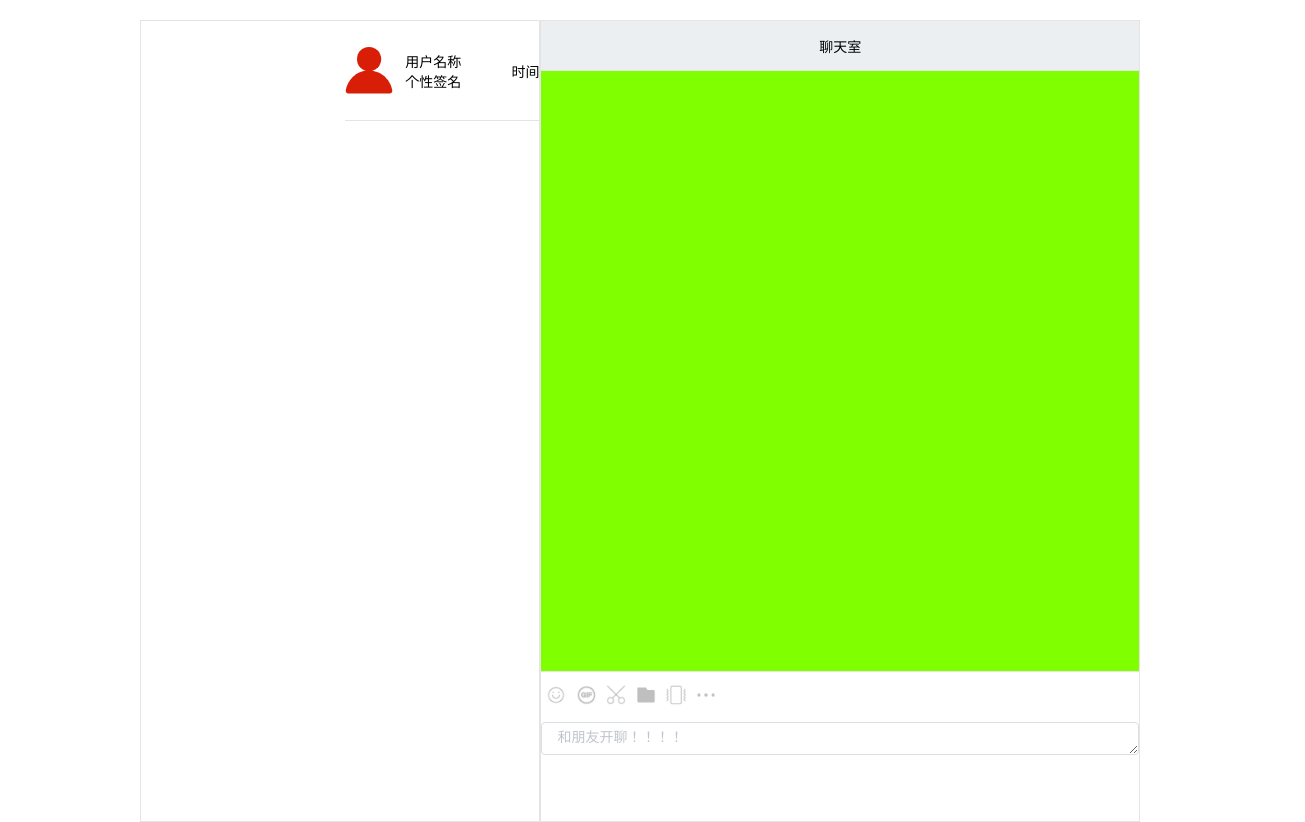
Repository: jinggegeZ/livechat
Page: /
An editor plug-in stored every save of this project. The page is shown before and after the next save, followed by the edit.
The browser window is 1280 px wide. The page is 1280 px wide, then 1305 px, then 1280 px, so the pictures cover 1305 px, including what lies to the right of the window. The pictures show the whole page.
The project was rebuilt for these pictures with package versions that can differ from the ones it lists, and the page was loaded fresh each time.

Above is the page before, as saved 2020-08-17 12:54:02.

### src/main.js
import Vue from 'vue'
import App from './App.vue'
import router from './router'
import store from './store'
import ElementUI from 'element-ui';
import 'element-ui/lib/theme-chalk/index.css';

Vue.config.productionTip = false
Vue.use(ElementUI);
new Vue({
  router,
  store,
  render: h => h(App)

}).$mount('#app')

### src/App.vue
<template>
  <div id="app">

    <router-view/>
  </div>
</template>

<style lang="scss">
*{
  margin: 0;
  padding: 0;
}
</style>

### src/views/Home.vue
<template>
  <div class="content">
    <div class="content-c">
      <div class="box">
        <!-- 用户信息 -->
        <div class="box1">
        <!-- 搜索用户名字 -->
        <div class="boxsearch"></div>

        <!-- 信息盒子 -->
          <div class="box1-1">
            <div class="box1-1-1">
              <!-- 头像 -->
              <div class="img">
                <img src="../../public/image/active-my.png" alt />
              </div>
              <!-- 用户信息 -->
              <div>
                <div>用户名称</div>
                <div>个性签名</div>
              </div>
            </div>
            <!-- 时间 -->
            <div>时间</div>
          </div>
        </div>
        <!-- 聊天信息 -->
        <div class="box2">
          <div class="box2-1">
            <div class="box2-1-top">聊天室</div>
            <div class="box2-1-body"></div>
          </div>
          <div class="box2-2">
            <div class="box2-2-1">
              <div>
                <img class="img1" src="../../public/image/small.png" alt />
              </div>
              <div>
                <img class="img1" src="../../public/image/GIF.png" alt />
              </div>
              <div>
                <img class="img1" src="../../public/image/chose.png" alt />
              </div>
              <div>
                <img class="img1" src="../../public/image/word.png" alt />
              </div>
              <div>
                <img class="img1" src="../../public/image/move.png" alt />
              </div>
              <div>
                <img class="img1" src="../../public/image/more.png" alt />
              </div>
            </div>
            <div class="box2-2-2">
              <el-input
                type="textarea"
                v-model="textarea"
                placeholder="和朋友开聊！！！！"
                autosize="{ minRows: 4, maxRows: 8}"
              ></el-input>
            </div>
          </div>
        </div>
      </div>
    </div>
  </div>
</template>

<script>
export default {
  name: "",
  props: {},
  components: {},
  data() {
    return {
      input: "",
      textarea: "",
    };
  },
  methods: {},
  mounted() {},
  watch: {},
  computed: {},
};
</script>

<style scoped lang='scss'>
.content {
  width: 100%;
  display: flex;
  justify-content: center;
  font-size: 14px;
}
.content-c {
  width: 95%;
  display: flex;
  justify-content: center;
  align-items: center;
}
.box {
  width: 1000px;
  height: 800px;
  background: white;
  display: flex;
  margin-top: 20px;
}
.box1 {
  flex: 4;
  height: 100%;
  display: flex;
  justify-content: center;
  border: 1px solid rgb(228, 228, 228);
}
.boxsearch {
  width: 100%;
  height: 150px;
}
.box1-1 {
  width: 95%;
  height: 99px;
  border-bottom: 1px solid rgb(228, 228, 228);
  display: flex;
  align-items: center;
  justify-content: space-between;
}
.box1-1-1 {
  display: flex;
  align-items: center;
  height: 100%;
}
.img {
  width: 50px;
  height: 50px;
  border-radius: 50%;
  margin-right: 10px;
}
.img1 {
  width: 20px;
  height: 20px;
  margin: 5px;
}
.box2 {
  flex: 6;
  height: 100%;
  position: relative;
  border: 1px solid rgb(228, 228, 228);
}
.box2-2 {
  position: absolute;
  bottom: 0;
  width: 100%;
  height: 149px;
  z-index: 1;
  border-top: 1px solid rgb(228, 228, 228);
}
.box2-1-top {
  width: 100%;
  height: 49px;
  border-bottom: 1px solid rgb(228, 228, 228);
  display: flex;
  justify-content: center;
  align-items: center;
  background: rgb(235, 239, 242);
}
.box2-1-body {
  width: 100%;
  height: 600px;
  background: chartreuse;
}
.box2-2-1 {
  width: 100%;
  height: 50px;
  display: flex;
  align-items: center;
}
.box2-2-2 {
  width: 100%;
  height: 100px;
}
</style>

Loaded but not shown: public/index.html (common file); src/router/index.js (common file); src/store/index.js (common file)

After the next save:
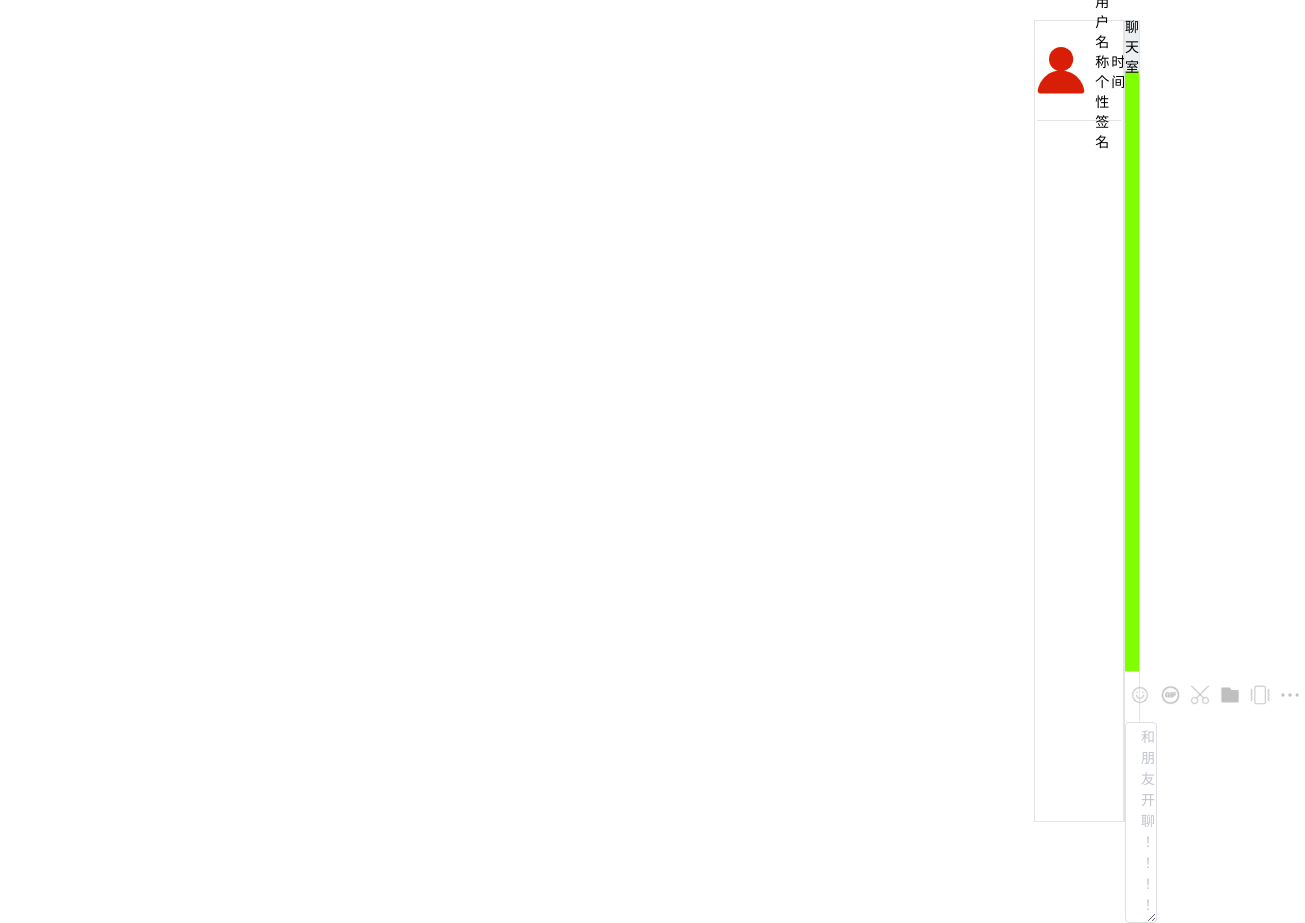
Saved 43 s later.
--- a/src/views/Home.vue
+++ b/src/views/Home.vue
@@ -2,11 +2,10 @@
   <div class="content">
     <div class="content-c">
       <div class="box">
+          <!-- 搜索用户名字 -->
+        <div class="boxsearch"></div>
         <!-- 用户信息 -->
         <div class="box1">
-        <!-- 搜索用户名字 -->
-        <div class="boxsearch"></div>
-
         <!-- 信息盒子 -->
           <div class="box1-1">
             <div class="box1-1-1">

After the save that followed:
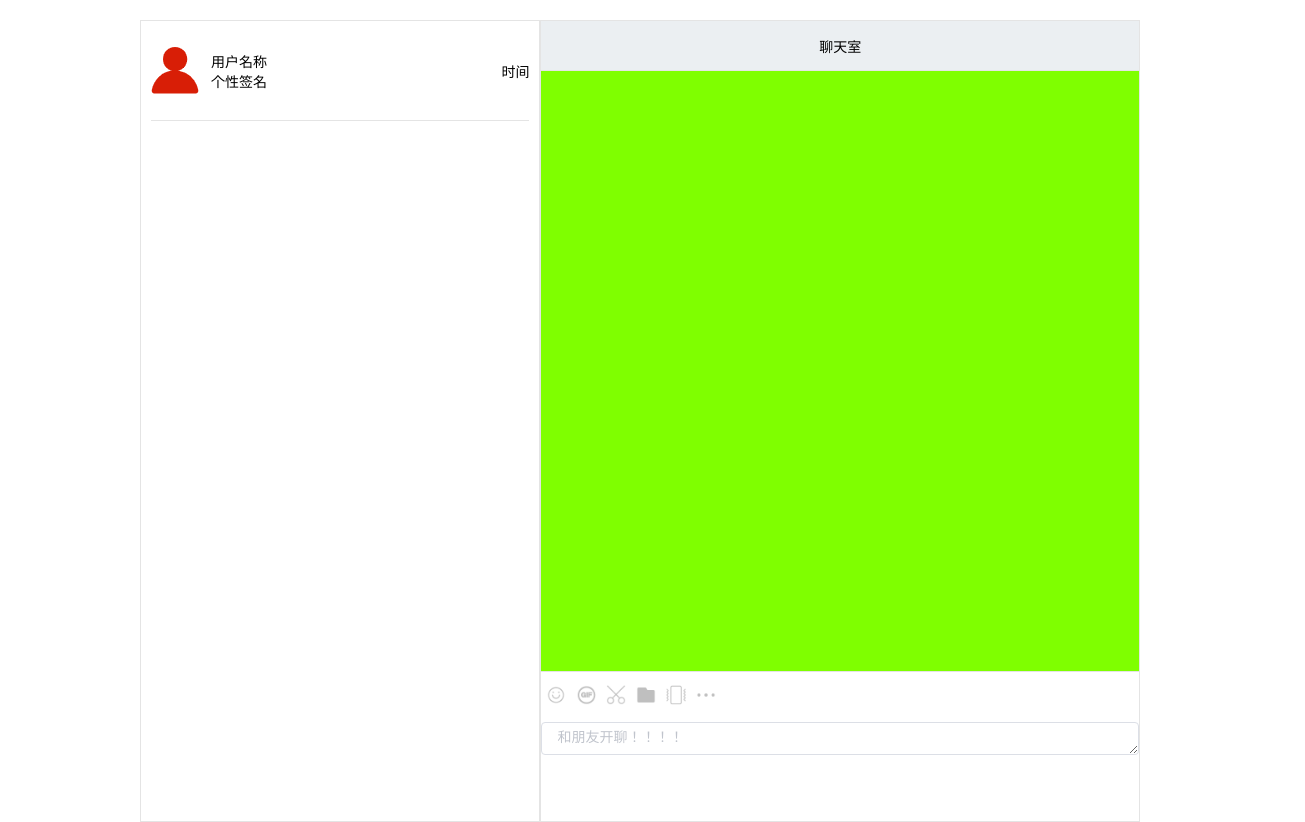
Saved 14 s later.
--- a/src/views/Home.vue
+++ b/src/views/Home.vue
@@ -2,8 +2,6 @@
   <div class="content">
     <div class="content-c">
       <div class="box">
-          <!-- 搜索用户名字 -->
-        <div class="boxsearch"></div>
         <!-- 用户信息 -->
         <div class="box1">
         <!-- 信息盒子 -->
